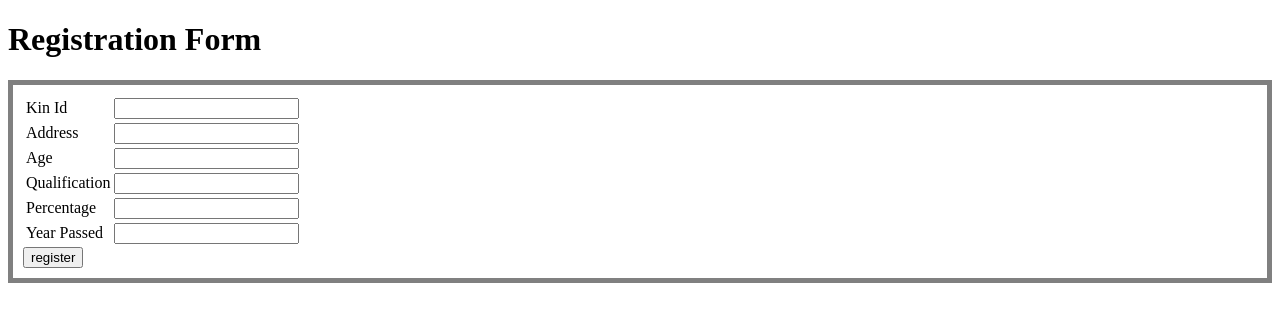
Repository: SRChandra/AWS-Shared-Repo
Page: http://localhost/MyCampusWeb/register.jsp
These files come from the project's save history. The page is drawn as it stood at one moment and after the next save; the edit follows.
The browser window is 1280 px wide. The pictures show the whole page.
The page is served by Tomcat 9.

Above is the page before, as saved 2016-12-09 14:12:14.

After the next save:
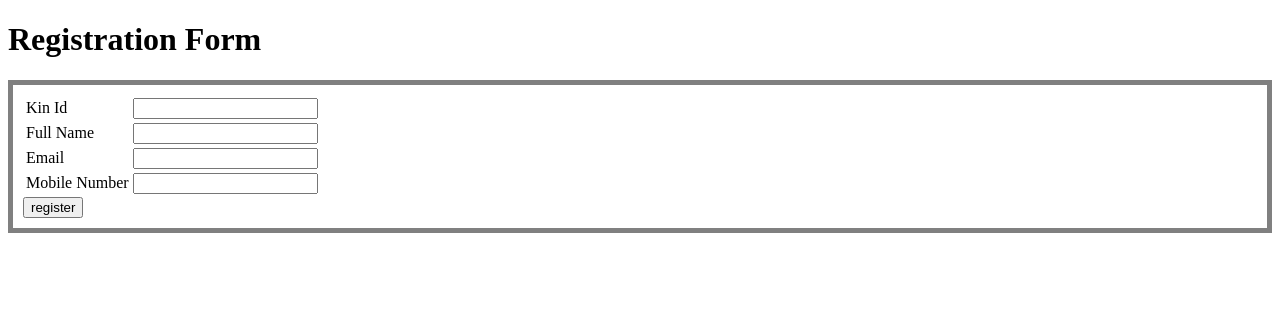
Saved 90 s later.
--- a/DIN51002861/Hackathon_Mycampus/MyCampusWeb/WebContent/register.jsp
+++ b/DIN51002861/Hackathon_Mycampus/MyCampusWeb/WebContent/register.jsp
@@ -24,25 +24,18 @@ div.ex {
 					<td><input type="text" name="id" /></td>
 				</tr>
 				<tr>
-					<td>Address</td>
-					<td><input type="text" name="address" /></td>
+					<td>Full Name</td>
+					<td><input type="text" name="name" /></td>
 				</tr>
 				<tr>
-					<td>Age</td>
-					<td><input type="text" name="age" /></td>
+					<td>Email</td>
+					<td><input type="text" name="email" /></td>
 				</tr>
 				<tr>
-					<td>Qualification</td>
-					<td><input type="text" name="qual" /></td>
+					<td>Mobile Number</td>
+					<td><input type="text" name="mobile" /></td>
 				</tr>
-				<tr>
-					<td>Percentage</td>
-					<td><input type="text" name="percent" /></td>
-				</tr>
-				<tr>
-					<td>Year Passed</td>
-					<td><input type="text" name="yop" /></td>
-				</tr>
+
 			</table>
 			<input type="submit" value="register" />
 		</form>
